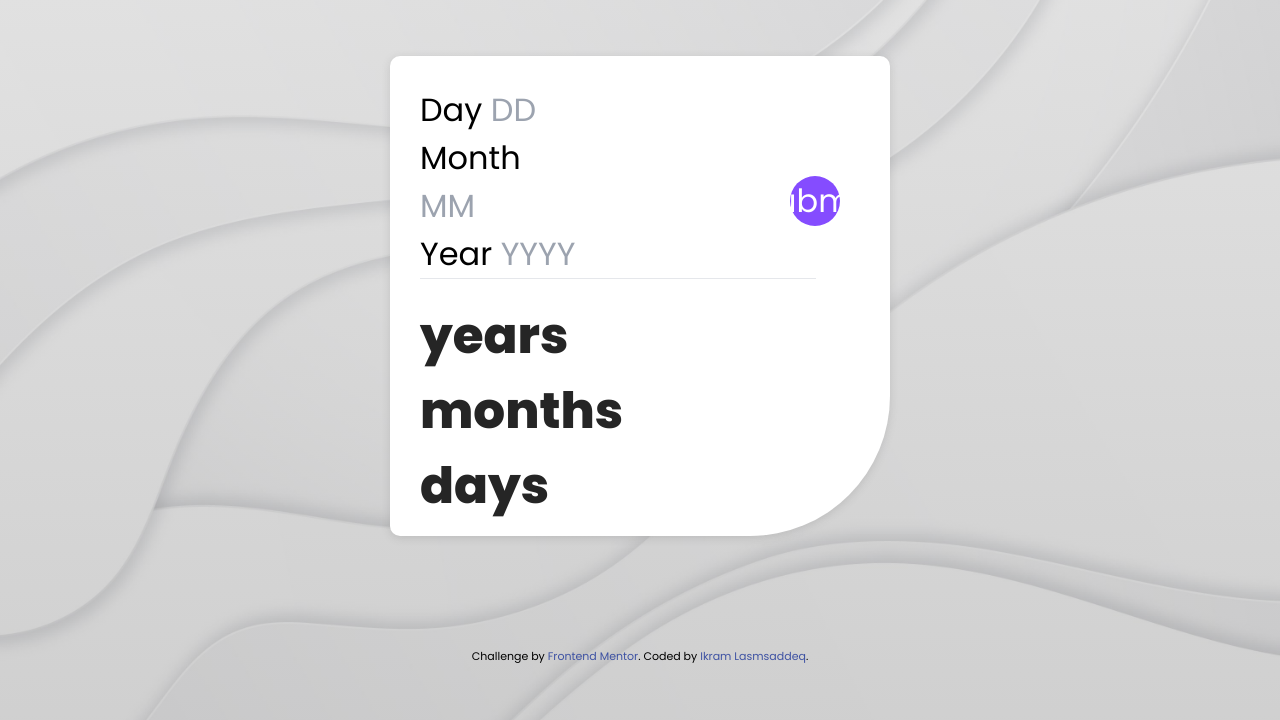
Repository: ikram-lisa/age-display
Page: /
An editor plug-in stored every save of this project. The page is shown before and after the next save, followed by the edit.
The browser window is 1280 px wide. The pictures show the whole page.
Some web libraries are served in a nearby version. The project was rebuilt for these pictures with package versions that can differ from the ones it lists, and the page was loaded fresh each time.

Above is the page before, as saved 2024-05-01 16:00:25.

After the next save:
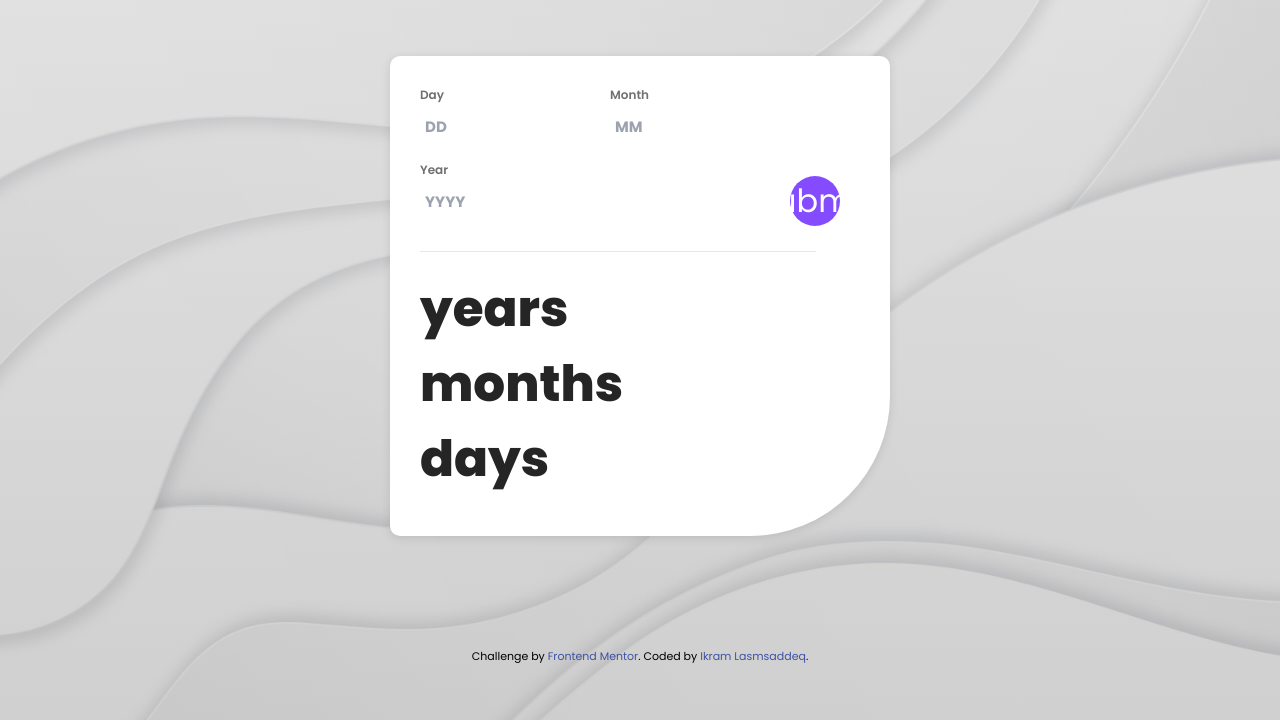
Saved 22 s later.
--- a/css/style.scss
+++ b/css/style.scss
@@ -37,7 +37,7 @@ body {
   display: flex;
   flex-direction: column;
   padding: 30px;
-  .form {
+  #form {
     display: flex;
     flex-wrap: wrap;
     margin-bottom: 30px;
